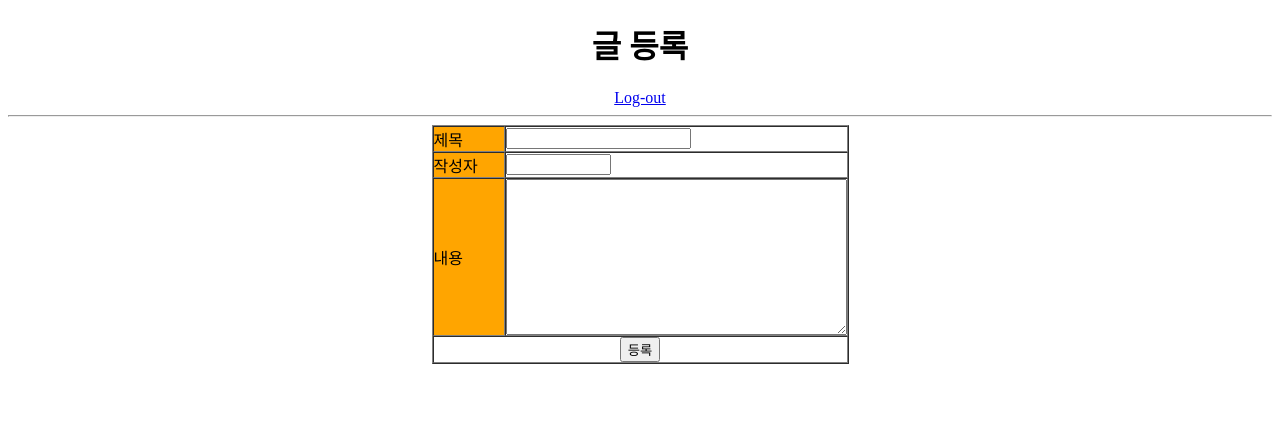
Repository: WillNeiman/Spring-Workspace
Page: http://localhost/05_Model1/insertBoard.jsp
An editor plug-in stored every save of this project. The page is shown before and after the next save, followed by the edit.
The browser window is 1280 px wide. The pictures show the whole page.
The page is served by Tomcat 9. Other server files are loaded and not shown.

Above is the page before, as saved 2023-04-29 00:52:18.

### 05_Model1/src/main/webapp/insertBoard.jsp
<%@ page language="java" contentType="text/html; charset=EUC-KR"
    pageEncoding="EUC-KR"%>
<!DOCTYPE html PUBLIC "-//W3C//DTD HTMl 4.01 Transitional//EN"
						"http://www.w3.org/TR/html4/loose.dtd">
<html>
<head>
<meta charset="EUC-KR">
<title>글 등록</title>
</head>
<body>
	<center>
		<h1>글 등록</h1>
		<a href="logout_proc.jsp">Log-out</a>
		<hr>
		<form action="insertBoard_proc.jsp" method="post">
			<table border="1" cellpadding="0" cellspacing="0">
				<tr>
					<td bgcolor="orange" width="70">제목</td>
					<td align="left"><input type="text" name="title"/></td>
				</tr>
				<tr>
					<td bgcolor="orange" width="70">작성자</td>
					<td align="left"><input type="text" name="writer" size="10"/></td>
				</tr>
				<tr>
					<td bgcolor="orange" width="70">내용</td>
					<td align="left"><textarea name="content" cols="40" rows="10"></textarea></td>
				</tr>
				<tr>
					<td colspan="2" align="center"><input type="submit" value="등록"/></td>
				</tr>
			</table>
		</form>
	</center>
</body>
</html>

After the next save:
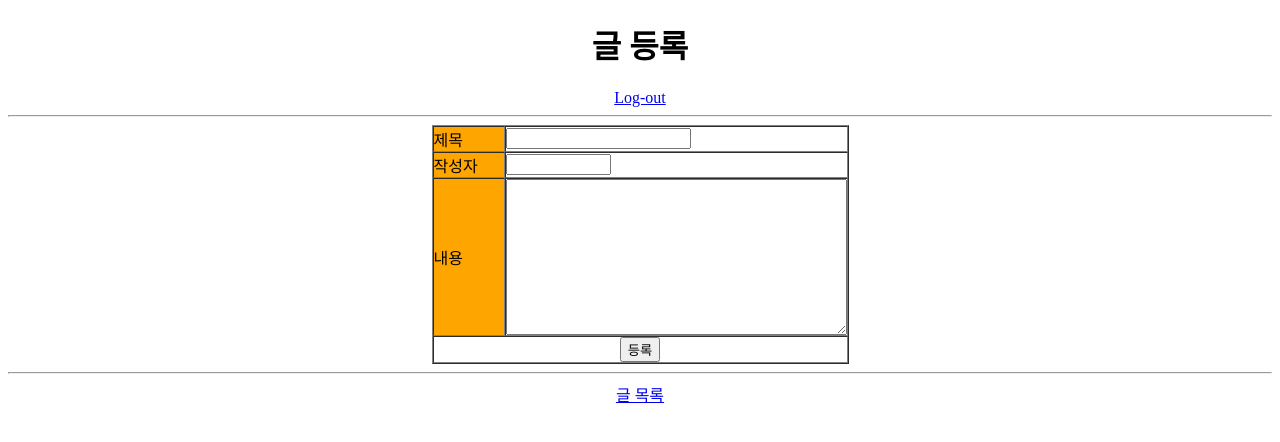
Saved 3 min 15 s later.
--- a/05_Model1/src/main/webapp/insertBoard.jsp
+++ b/05_Model1/src/main/webapp/insertBoard.jsp
@@ -31,6 +31,8 @@
 				</tr>
 			</table>
 		</form>
+		<hr>
+		<a href="getBoardList.jsp">글 목록</a>
 	</center>
 </body>
 </html>
